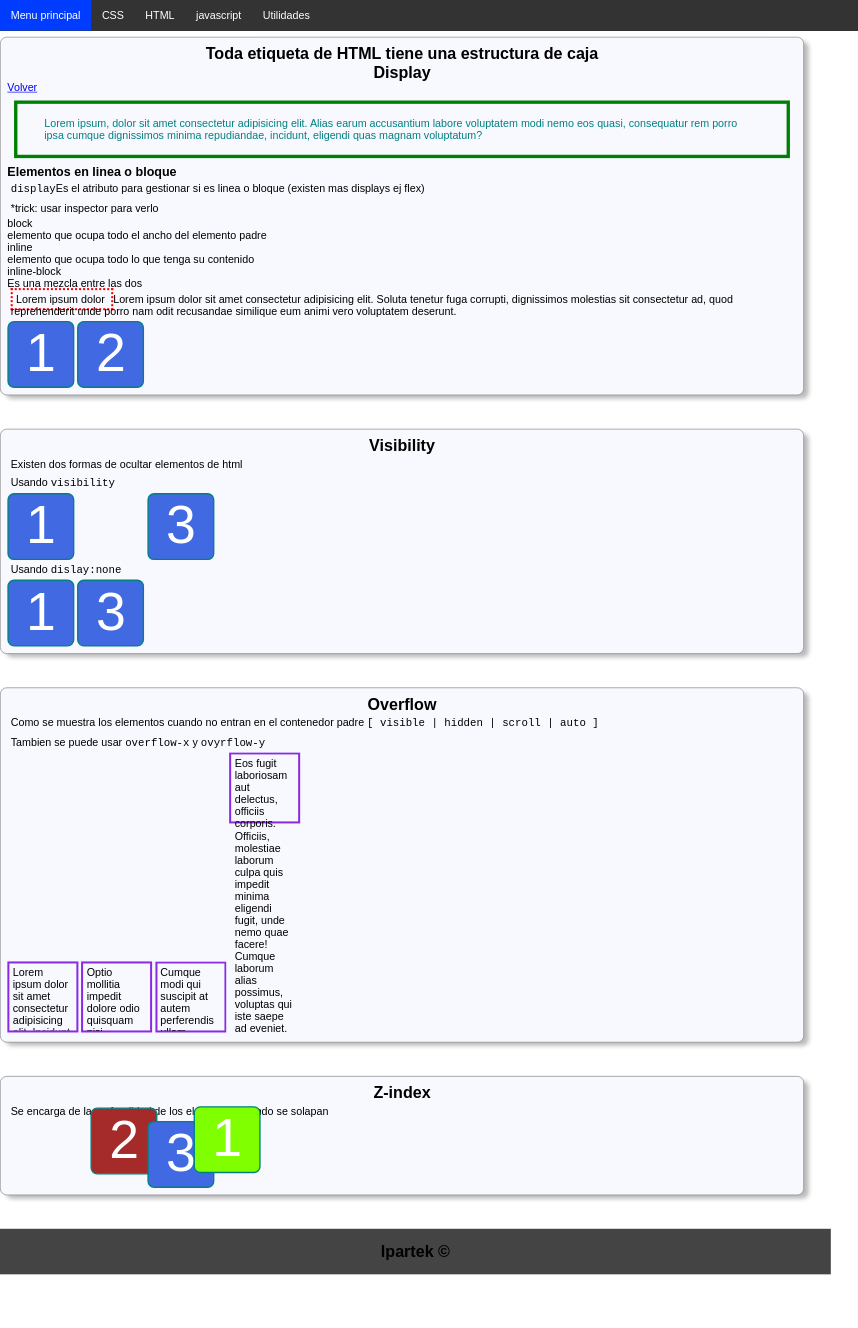
Repository: jcsanceledonio/java_2019_0396_2
Page: http://localhost/javaWebApp/ejemplos/html/box-model.jsp
An editor plug-in stored every save of this project. The page is shown before and after the next save, followed by the edit.
The browser window is 1280 px wide. The pictures show the whole page, at 67% of full size.
Some web libraries are served in a nearby version. The page is served by Tomcat 9.

Above is the page before, as saved 2019-11-20 09:59:05.

After the next save:
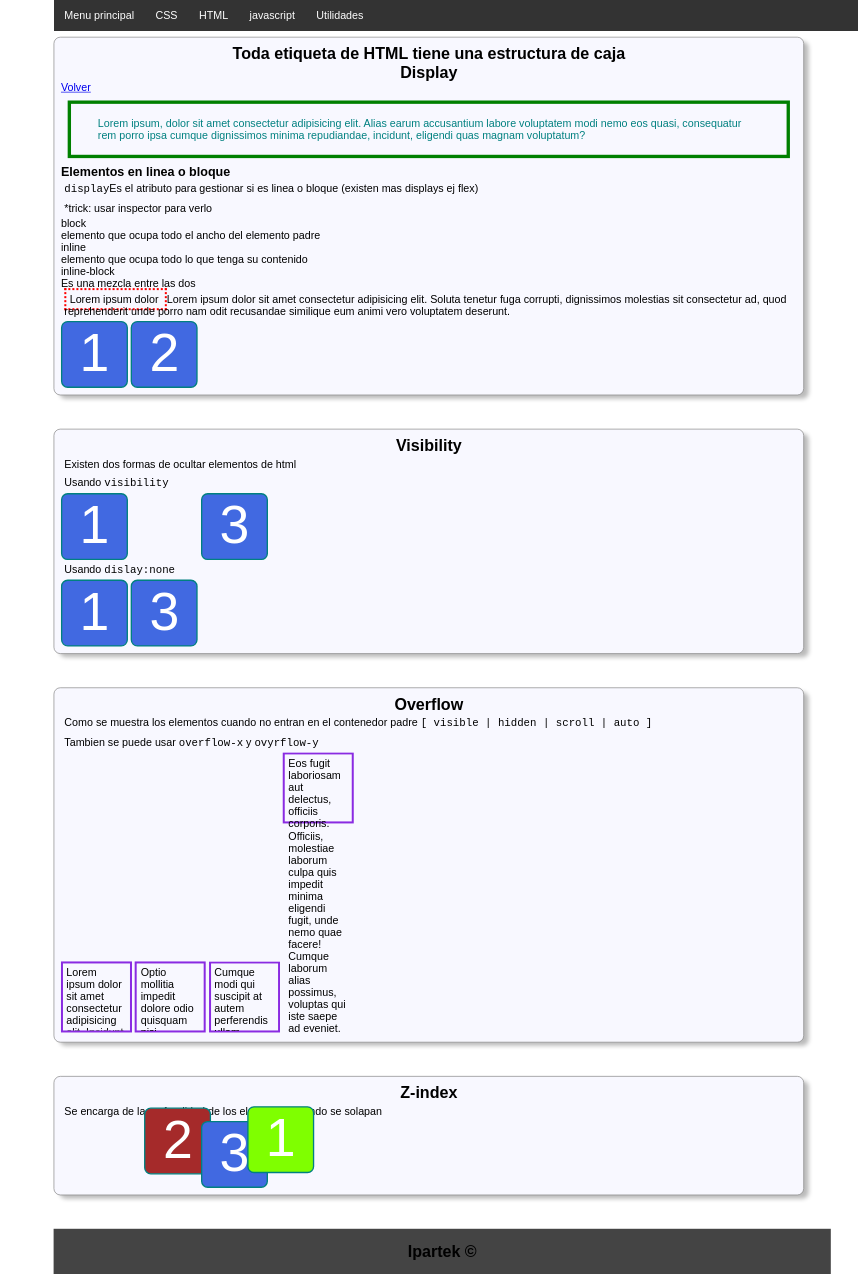
Saved 22 s later.
--- a/javaWebApp/src/main/webapp/ejemplos/html/box-model.jsp
+++ b/javaWebApp/src/main/webapp/ejemplos/html/box-model.jsp
@@ -4,7 +4,7 @@
 <%@include file="/includes/navigation.jsp"%>
     <style>
         body {
-           padding: 0px 80px 80px 0px;
+           padding: 0px 80px 0px 80px;
         }
 
         span {
